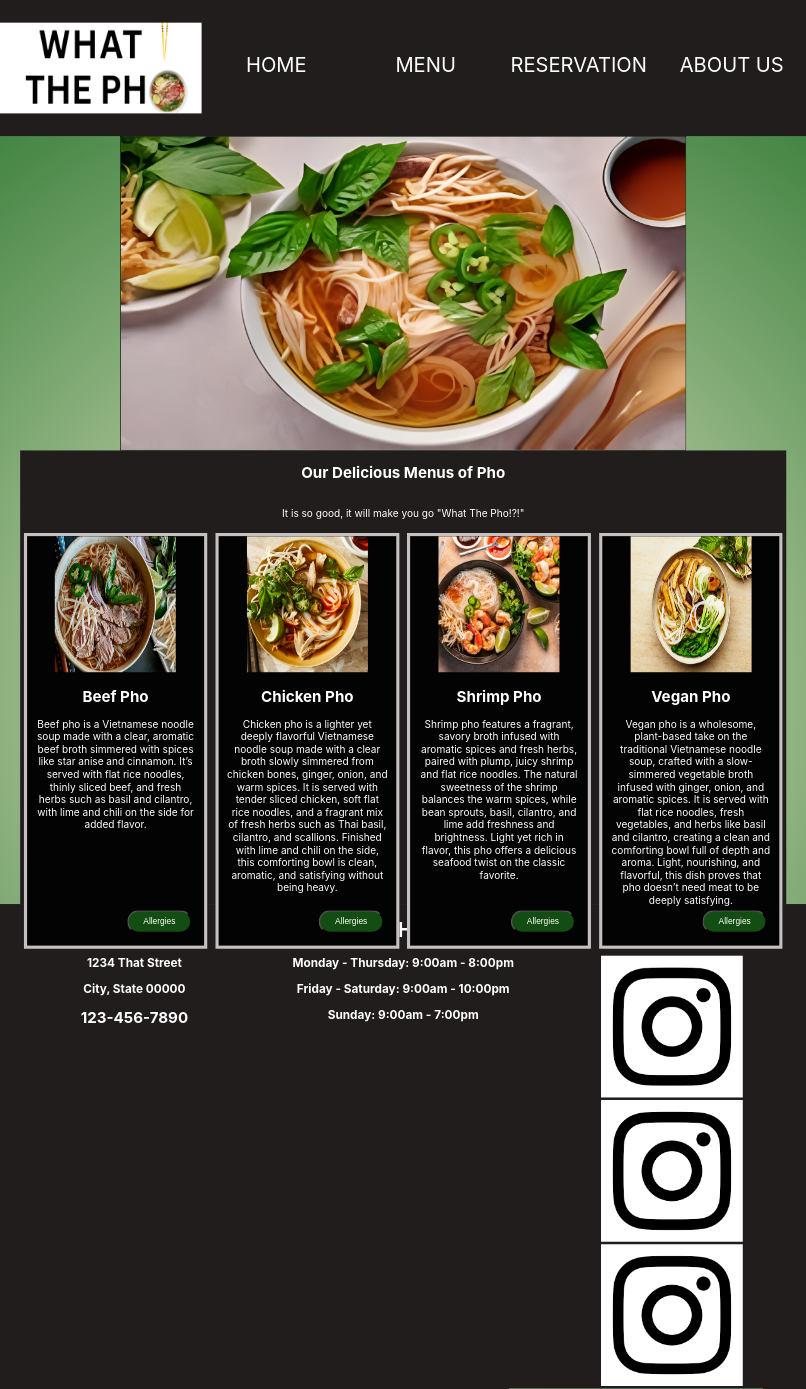
Repository: NguyenkhDang/Restaurant-Website
Page: /
These files come from the project's save history. The page is drawn as it stood at one moment and after the next save; the edit follows.
The browser window is 1280 px wide. The pictures show the whole page, at 63% of full size.
The project was rebuilt for these pictures with package versions that can differ from the ones it lists, and the page was loaded fresh each time.

Above is the page before, as saved 2026-01-16 16:31:00.

After the next save:
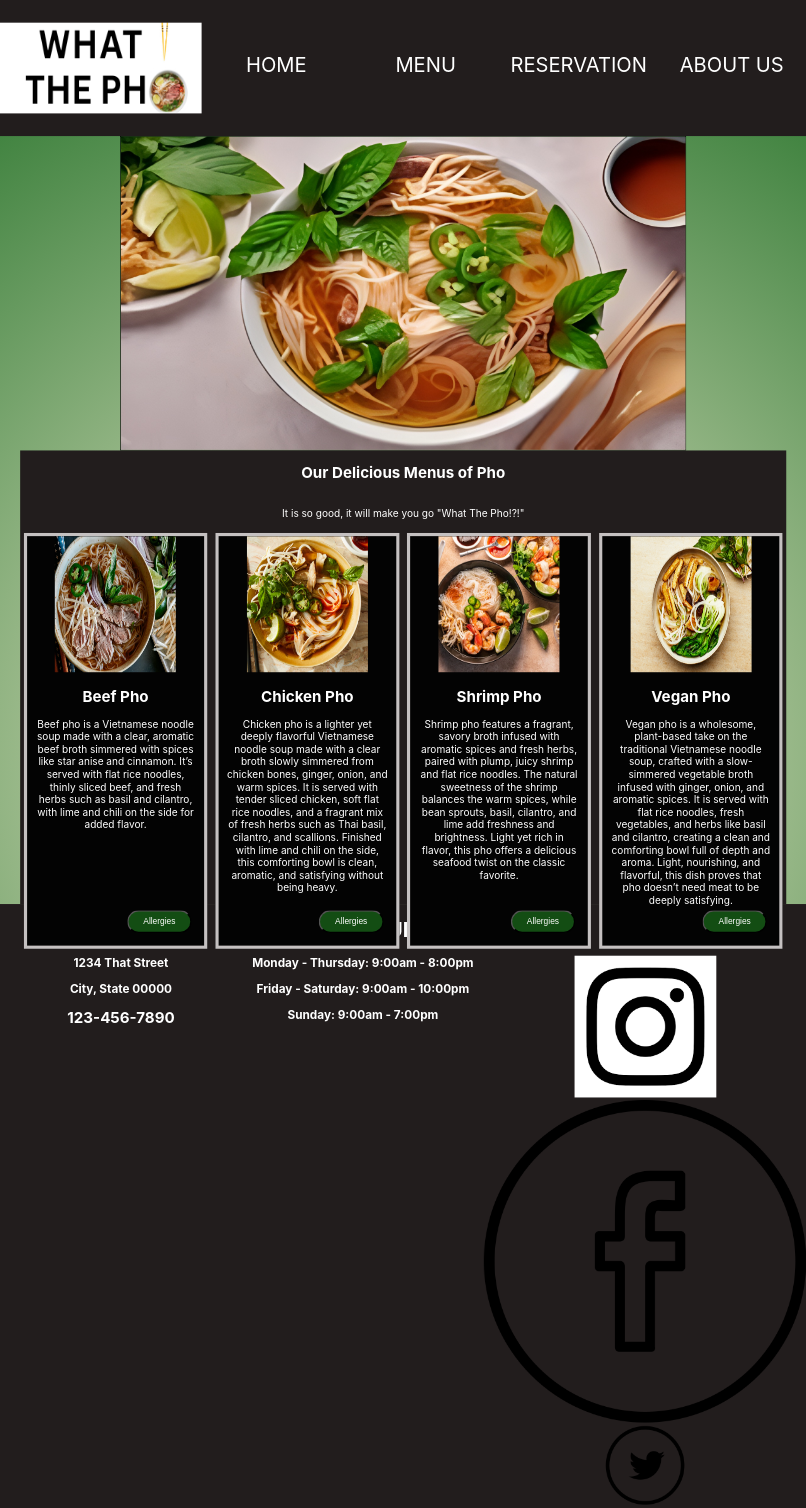
Saved 5 s later.
--- a/src/Footer.js
+++ b/src/Footer.js
@@ -22,8 +22,8 @@ const Footer = () =>{
       <div>
         <h1>SOCIAL</h1>
         <a href=""><img src={InstagramIcon}/></a>
-        <a href=""><img src={InstagramIcon}/></a>
-        <a href=""><img src={InstagramIcon}/></a>
+        <a href=""><img src={FacebookIcon}/></a>
+        <a href=""><img src={TwitterIcon}/></a>
       </div>
 
     </div>
